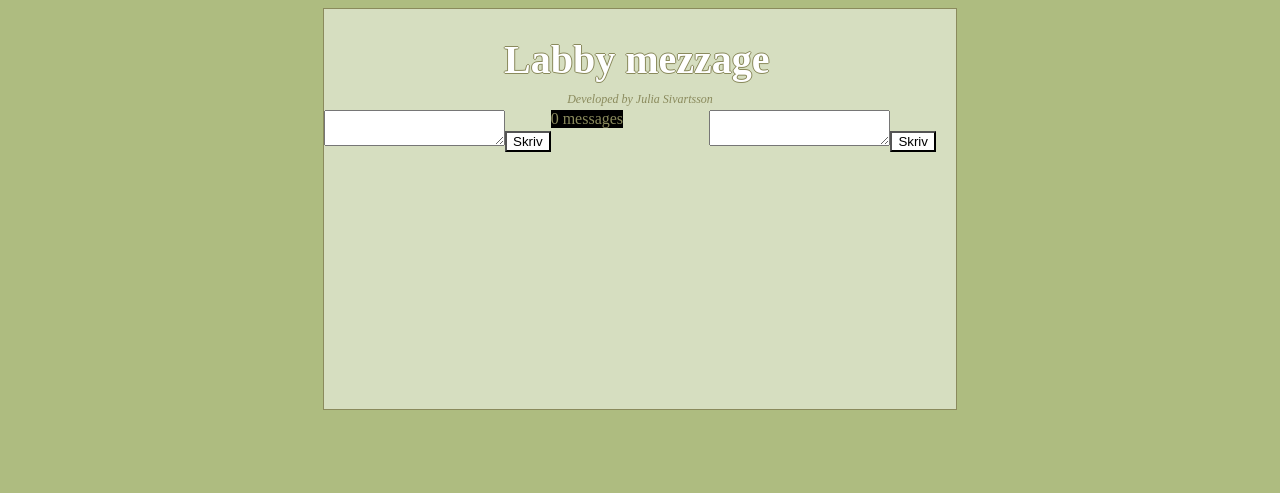
Repository: JuliaSivartsson/1dv403-jsigc09-laborationer
Page: 2-labbymezzage/Extraupgift/index.html
The author's editor kept a record of every edit. The page is drawn from the files as they stood at one moment, then again after the next edit.
The browser window is 1280 px wide. The pictures show the whole page.

Above is the page before.

After the next edit:
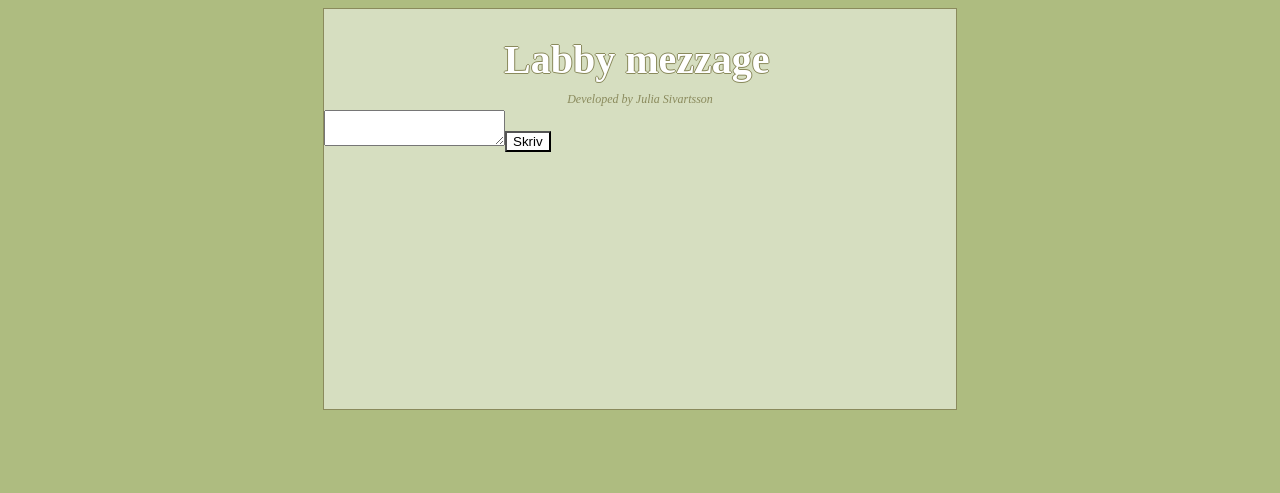
Console error: TypeError: Cannot set properties of undefined (setting 'innerHTML')
The edit:
--- a/2-labbymezzage/Extraupgift/js/MessageBoard.js
+++ b/2-labbymezzage/Extraupgift/js/MessageBoard.js
@@ -113,7 +113,7 @@
 
         var that = this;
 
-        var messageShow = document.getElementsByClassName("textarea")[0];
+        var messageShow = document.getElementsByClassName("textareaContent")[0];
         var messageCount = document.getElementsByClassName("count")[0];
         var count = 0;
         //Rensar från tidigare utskrifter

After the 2 edits that followed:
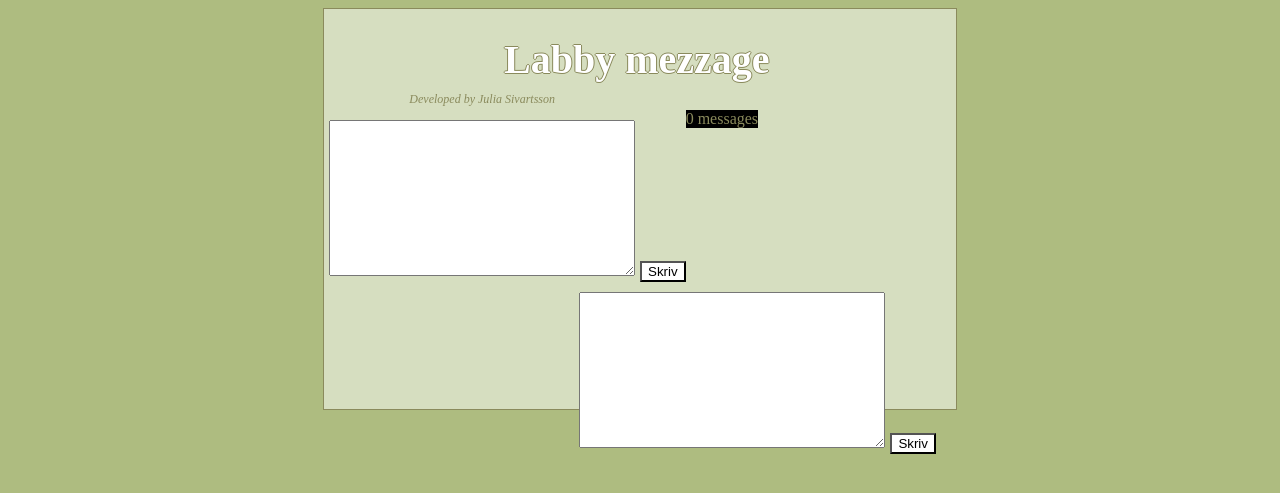
The error is gone.
The 2 edits are shown as one change because 1 left the picture as it was.
The edit:
--- a/2-labbymezzage/Extraupgift/js/MessageBoard.js
+++ b/2-labbymezzage/Extraupgift/js/MessageBoard.js
@@ -21,7 +21,7 @@
         var text;
         var newMessage;
 
-        text = this.rootId.getElementsByClassName("textarea")[0];
+        text = this.rootId.getElementsByClassName("textareaContent")[0];
         console.log(text.value);
 
         //Är fältet tomt så händer ingenting
@@ -152,7 +152,7 @@
         this.rootId.appendChild(mezzageCount);
 
         var mezzageTextarea = document.createElement("textarea");
-        mezzageTextarea.className = "textarea";
+        mezzageTextarea.className = "textareaContent";
         mezzageTextarea.onkeypress = function(e){
             if(e.keyCode == 13 && !e.shiftKey){
                 console.log("enter pressed");
